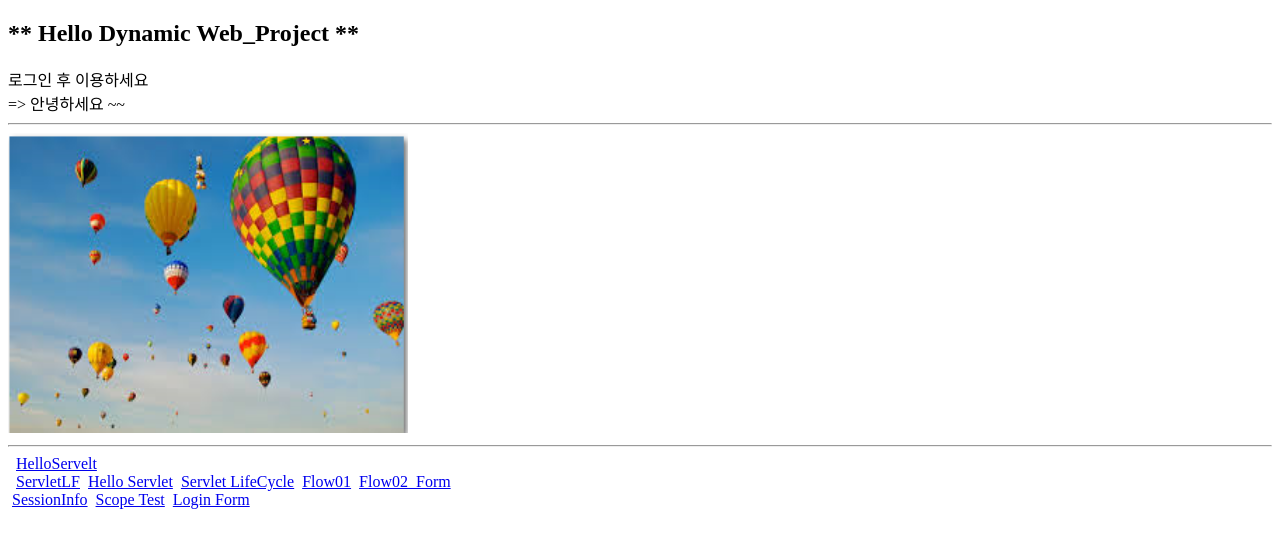
Repository: nameground/Java
Page: http://localhost/Web01/
These files come from the project's save history. The page is drawn as it stood at one moment and after the next save; the edit follows.
The browser window is 1280 px wide. The pictures show the whole page.
The page is served by Tomcat 9. Nobody is signed in. The application's start-up code is not run.

Above is the page before, as saved 2023-10-12 03:22:44.

After the next save:
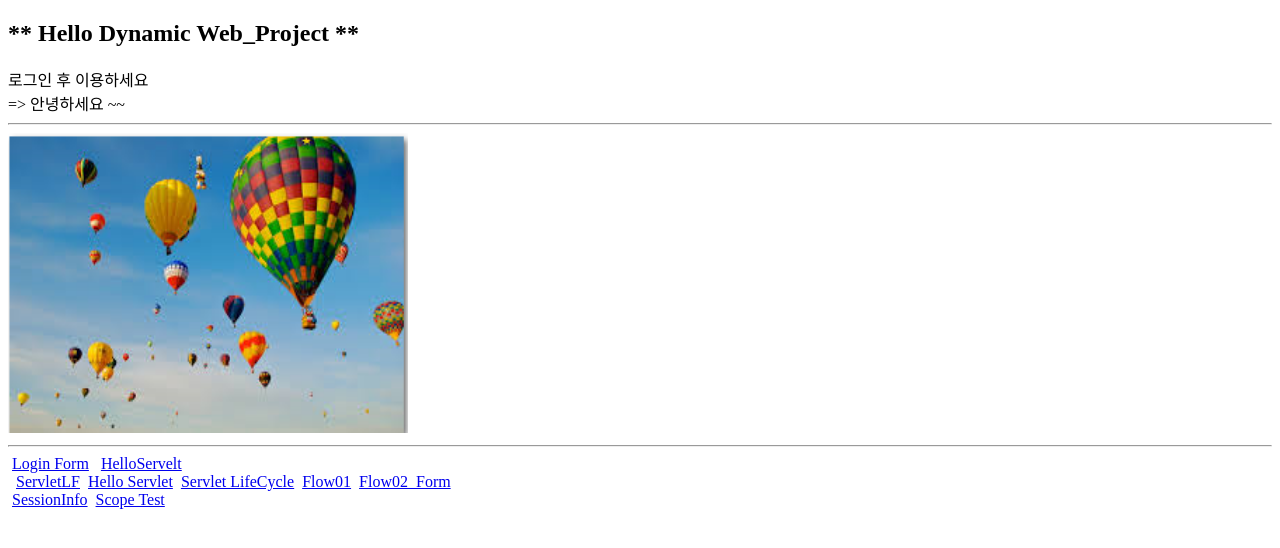
Saved 23 min 28 s later.
--- a/mTest/Mywork/Web01/src/main/webapp/index.jsp
+++ b/mTest/Mywork/Web01/src/main/webapp/index.jsp
@@ -18,6 +18,7 @@
 <hr>
 <img src="./images/a2.png" width ="400" height="300">
 <hr>
+&nbsp;<a href="/Web01/servletTestForm/flowEx04_LoginForm.jsp">Login Form</a>
 &nbsp; <a href="/Web01/helloS">HelloServelt</a> <br>
 &nbsp; <a href="/Web01/lifecycle">ServletLF</a>
 &nbsp;<a href="/Web01/helloS">Hello Servlet</a>
@@ -26,6 +27,5 @@
 &nbsp;<a href="/Web01/servletTestForm/flow02_TestForm.jsp">Flow02_Form</a><br>
 &nbsp;<a href="/Web01/sessioni">SessionInfo</a>
 &nbsp;<a href="/Web01/01set">Scope Test</a>
-&nbsp;<a href="/Web01/servletTestForm/flowEx04_LoginForm.jsp">Login Form</a>
 </body>
 </html>
